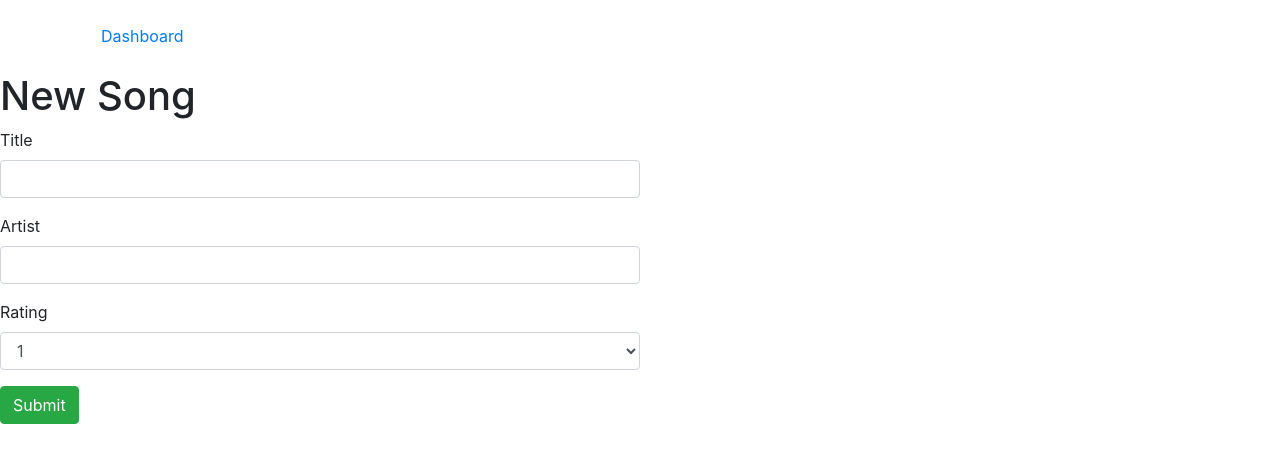
Repository: ACow3/java
Page: http://localhost/lookify/WEB-INF/lookify/new.jsp
An editor plug-in stored every save of this project. The page is shown before and after the next save, followed by the edit.
The browser window is 1280 px wide. The pictures show the whole page.
The page is served by Tomcat 9. Nobody is signed in. The template is opened directly, without the code that normally fills it, so the values that code supplies are empty.

Above is the page before, as saved 2019-08-15 21:17:49.

After the next save:
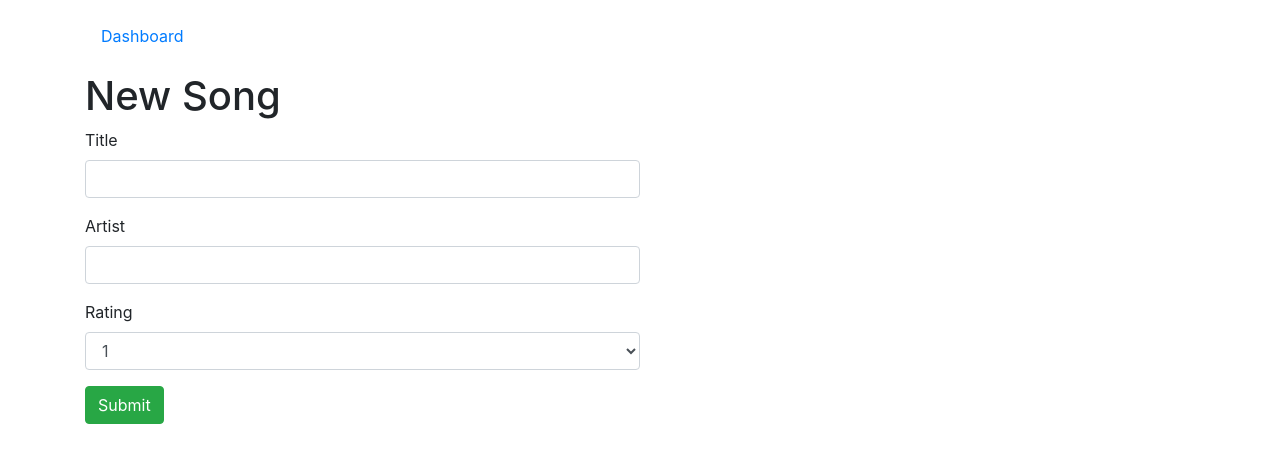
Saved 30 s later.
--- a/java_spring/lookify/src/main/webapp/WEB-INF/lookify/new.jsp
+++ b/java_spring/lookify/src/main/webapp/WEB-INF/lookify/new.jsp
@@ -32,7 +32,7 @@
 				</ul> -->
 				<a class="form-inline my-2 my-lg-0" href="/dashboard">Dashboard</a>
 
-			</div>
+			<!-- </div> -->
 		</nav>
 
 		<h1>New Song</h1>
